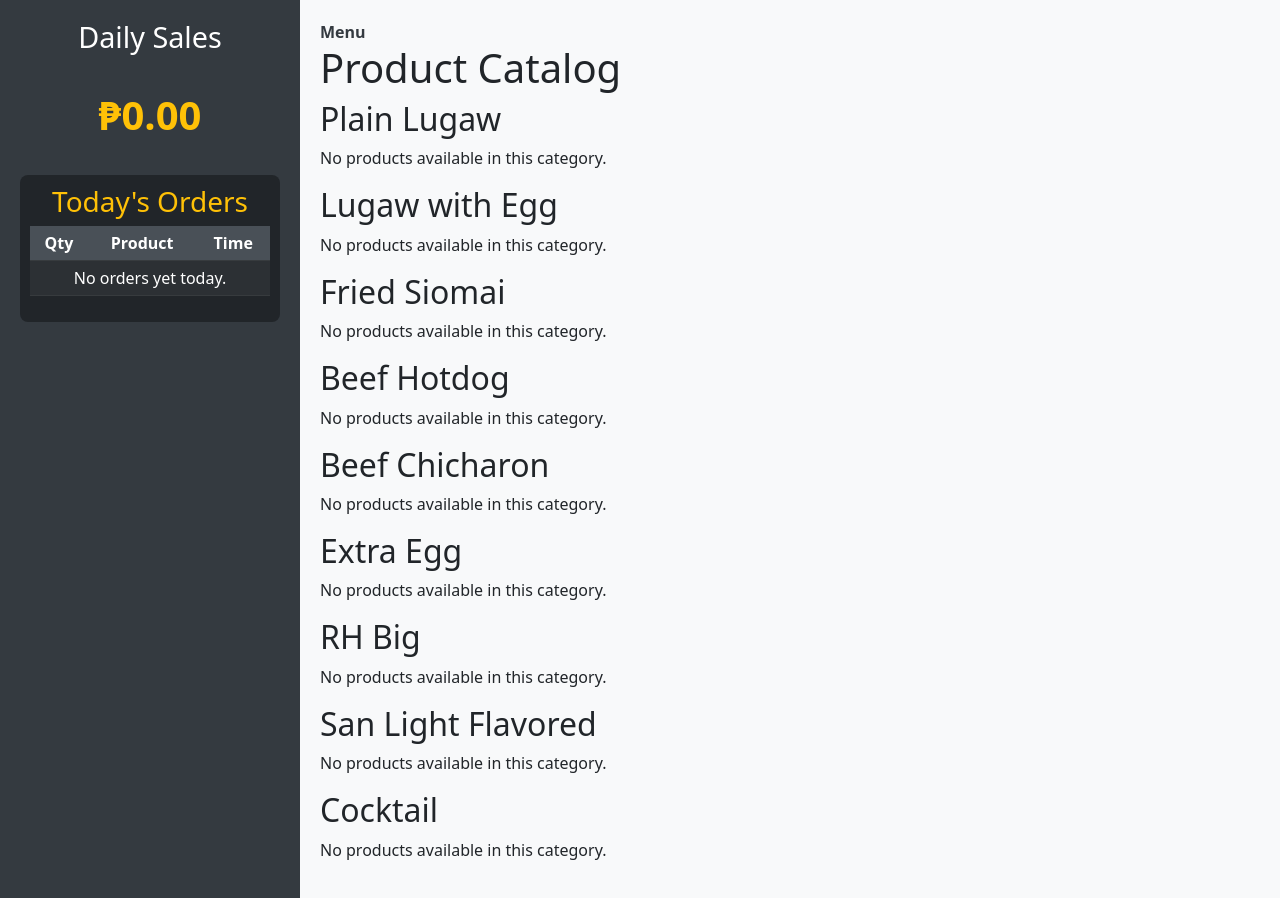
Repository: Jijiluzana225/lugawan_pitlane
Page: http://localhost/menu/
An editor plug-in stored every save of this project. The page is shown before and after the next save, followed by the edit.
The browser window is 1280 px wide. The pictures show the whole page.
The page is served by the project's application, run on Django 5.2 (manage.py). The page reads the database file committed with the project.

Above is the page before, as saved 2025-03-06 09:37:21.

After the next save:
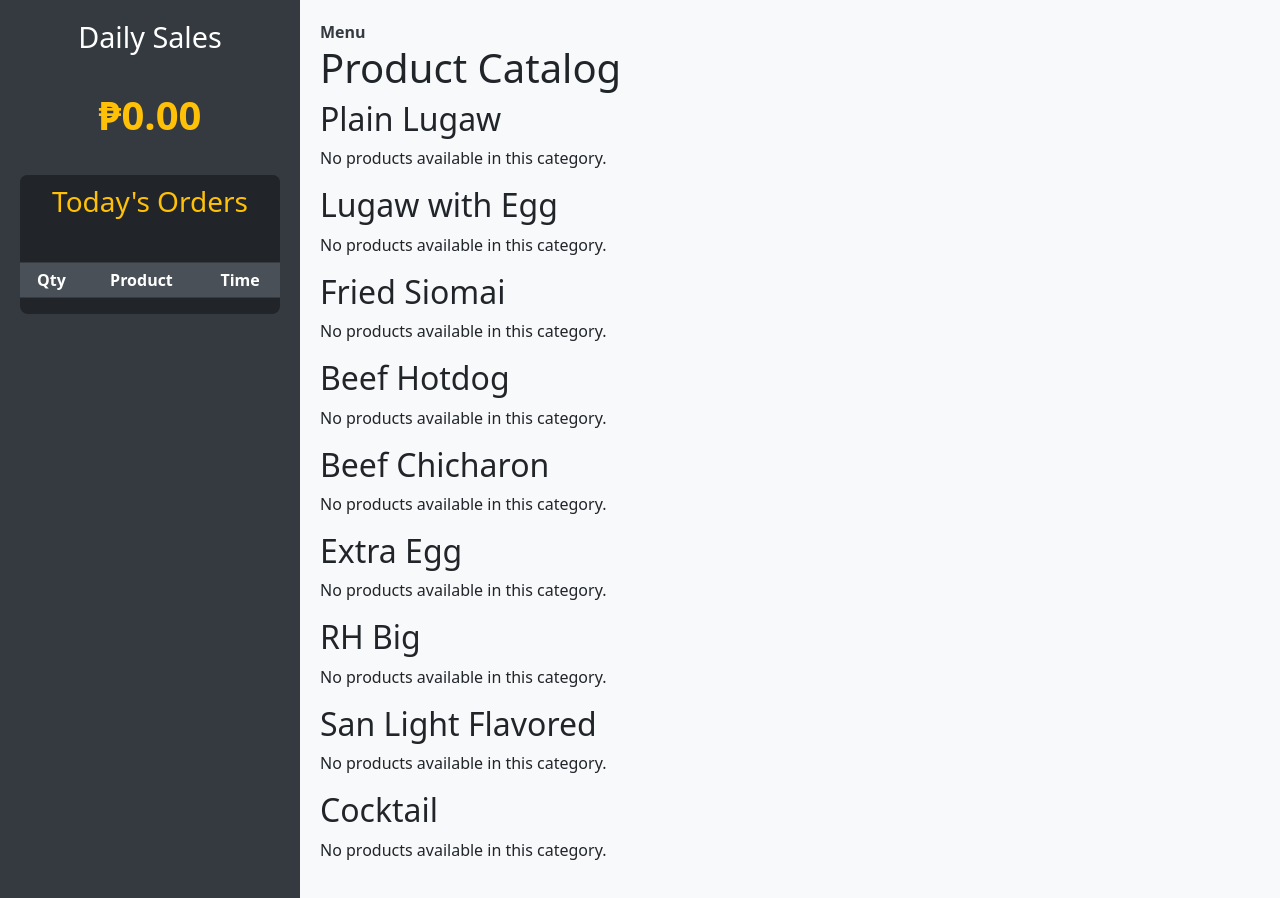
Saved 29 s later.
--- a/pos/templates/pos/base.html
+++ b/pos/templates/pos/base.html
@@ -41,10 +41,47 @@
             margin-top: 30px;
             background: #212529;
             border-radius: 8px;
+            padding: 0;
+            overflow: hidden;
+            display: flex;
+            flex-direction: column;
+        }
+
+        .sticky-header {
+            position: sticky;
+            top: 0;
+            background: #212529;
             padding: 10px;
+            margin: 0;
+            text-align: center;
+            color: #ffc107;
+            z-index: 2;
+        }
+
+        .scrollable-table {
+            max-height: 400px;
             overflow-y: auto;
-            max-height: 800px;
-        }
+        }
+
+        .sticky-thead {
+            position: sticky;
+            top: 40px; /* Below the header */
+            background: #495057;
+            z-index: 1;
+        }
+
+        .scrollable-table table {
+            width: 100%;
+        }
+
+        .scrollable-table th, .scrollable-table td {
+            text-align: center;
+        }
+
+        .scrollable-table tr:nth-child(even) {
+            background-color: #343a40;
+        }
+
 
         .orders-table h3 {
             text-align: center;
